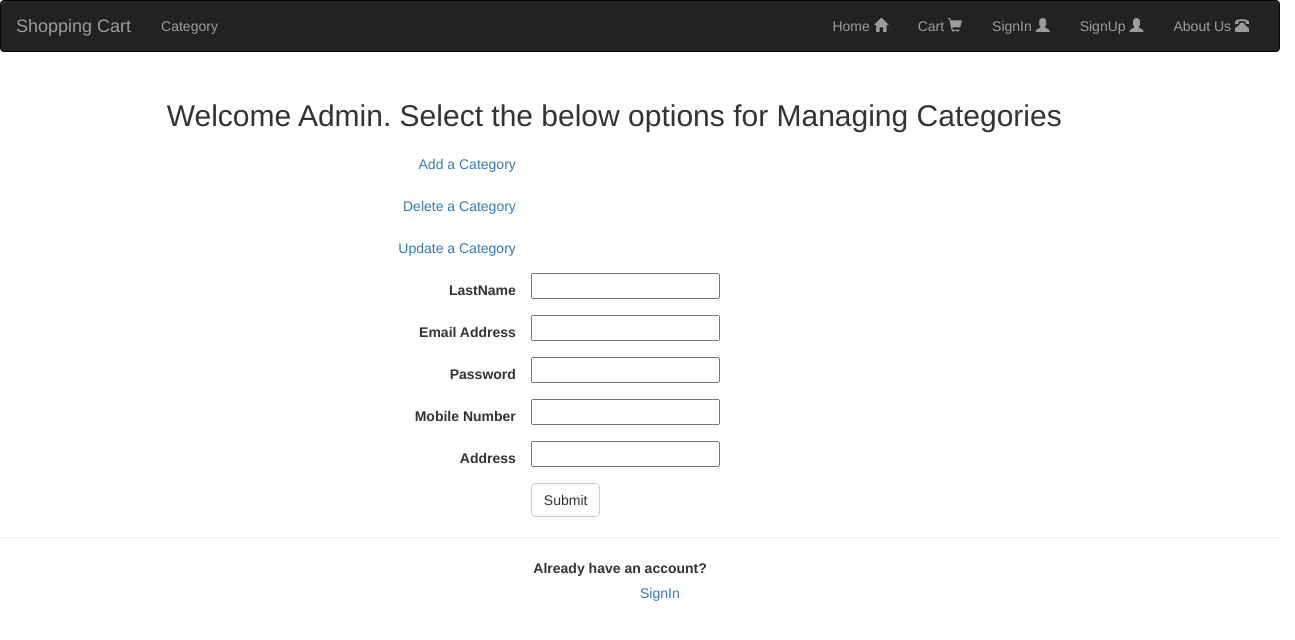
Repository: KaustubhKamat/ShoppingCartProject
Page: http://localhost/NewShoppingCart/WEB-INF/views/Category.jsp
The author's editor kept a copy of each file at every save. The page is drawn from the files as they stood at one save, then again after the next save.
The browser window is 1280 px wide. The page is 1295 px wide, so the pictures cover 1295 px, including what lies to the right of the window. The pictures show the whole page.
Some web libraries are served in a nearby version. The page is served by Tomcat 9. Nobody is signed in. Other server files are loaded and not shown. The template is opened directly, without the code that normally fills it, so the values that code supplies are empty.

Above is the page before, as saved 2017-01-12 06:27:58.

### NewShoppingCart/src/main/webapp/WEB-INF/views/Category.jsp
<%@ page language="java" contentType="text/html; charset=ISO-8859-1"
    pageEncoding="ISO-8859-1"%>
<!DOCTYPE html PUBLIC "-//W3C//DTD HTML 4.01 Transitional//EN" "http://www.w3.org/TR/html4/loose.dtd">
<%@ taglib uri="http://java.sun.com/jsp/jstl/core" prefix="c"%>
<%@ taglib uri="http://www.springframework.org/tags" prefix="spring"%>
<%@ taglib uri="http://www.springframework.org/tags/form" prefix="form"%>
<%@ taglib prefix="form" uri="http://www.springframework.org/tags/form"%>
<html>
<head>
<link rel="stylesheet"
	href="https://maxcdn.bootstrapcdn.com/bootstrap/3.3.7/css/bootstrap.min.css">
<script
	src="https://ajax.googleapis.com/ajax/libs/jquery/3.1.1/jquery.min.js"></script>
<script
	src="https://maxcdn.bootstrapcdn.com/bootstrap/3.3.7/js/bootstrap.min.js"></script>
<meta http-equiv="Content-Type" content="text/html; charset=ISO-8859-1">
<title>Insert title here</title>
</head>
<body>
<jsp:include page="NavBar.jsp"></jsp:include>

	<form class="form-horizontal">
		<div class="form-group">
		<h2 class="col-sm-10 control-label">Welcome Admin. Select the below options for Managing Categories</h2>
		</div>
		<div class="form-group">
			<a href="AddaCategory" class="col-sm-5 control-label">Add a Category</a>
			</div>
		<div class="form-group">
			<a href="DeleteaCategory" class="col-sm-5 control-label">Delete a Category</a>
			</div>
		<div class="form-group">
			<a href="UpdateaCategory" class="col-sm-5 control-label">Update a Category</a>
			</div>
		<div class="form-group">
			<label class="col-sm-5 control-label">LastName</label>
			<div class="col-sm-15">
				<input type="text" name="LastName"><br>
			</div>
		</div>
		<div class="form-group">
			<label class="col-sm-5 control-label">Email Address</label>
			<div class="col-sm-15">
				<input type="text" name="EmailId"><br>
			</div>
		</div>
		<div class="form-group">
			<label class="col-sm-5 control-label">Password</label>
			<div class="col-sm-15">
				<input type="password" name="password"><br>
			</div>
		</div>
		<div class="form-group">
			<label class="col-sm-5 control-label">Mobile Number</label>
			<div class="col-sm-15">
				<input type="text" name="MobileNo"><br>
			</div>
		</div>
		<div class="form-group">
			<label class="col-sm-5 control-label">Address</label>
			<div class="col-sm-15">
				<input type="text" name="Address"><br>
			</div>
		</div>
		<div class="form-group">
			<div class="col-sm-offset-5 col-sm-20">
				<button type="submit" class="btn btn-default">Submit</button>
			</div>
		</div>
		<hr>
		<div class="col-sm-offset-5 col-sm-15">
			<label class="col-sm-4control-label">Already have an account?</label>
		</div>
		<div class="col-sm-offset-6 col-sm-15">
			<a href="login">SignIn</a>
		</div>
	</form>
</body>
</html>

### NewShoppingCart/src/main/webapp/WEB-INF/views/NavBar.jsp
<%@ page language="java" contentType="text/html; charset=ISO-8859-1"
	pageEncoding="ISO-8859-1"%>
<%@ taglib uri="http://java.sun.com/jsp/jstl/core" prefix="c"%>
<!DOCTYPE html PUBLIC "-//W3C//DTD HTML 4.01 Transitional//EN" "http://www.w3.org/TR/html4/loose.dtd">
<html>
<head>
<meta http-equiv="Content-Type" content="text/html; charset=ISO-8859-1">
<title>Insert title here</title>
</head>
<style>
.navbar-default {
	background-color: #F75D59;
	font-size: medium;
}

.dropdown-menu>li>a:hover {
	background-color: silver;;
	background-image: none;
}
.LoggedInUser{
color: white;

}
</style>
<body>

	<nav class="navbar navbar-inverse">
	<div class="container-fluid">
		<div class="navbar-header">
			<button type="button" class="navbar-toggle collapsed"
				data-toggle="collapse" data-target="#bs-example-navbar-collapse-1"
				aria-expanded="false">
				<span class="sr-only">Toggle navigation</span> <span
					class="icon-bar"></span> <span class="icon-bar"></span> <span
					class="icon-bar"></span>
			</button>
			<a class="navbar-brand" href="Home">Shopping Cart</a>
			<ul class="nav navbar-nav navbar-right">
				<li><a href="CategoryList">Category</a>
				<%-- <li class="active"><a href=>Link <span class="sr-only">(current)</span></a></li>
				<c:forEach items="${categoryList}" var="category">
				<li class="dropdown"><a href="#" class="dropdown-toggle"
					data-toggle="dropdown" >${category.name} <span
						class="caret"></span></a>
					<ul class="dropdown-menu" role="menu">
					<c:forEach items="${category.products}" var="product">
						<li><a href="/AddProduct/getList?pid=${product.id}">${product.name}</a></li>

						</c:forEach>
					</ul> </li>
					</c:forEach>  --%>
		</li>
		</ul>
		</div>

		<!-- Collect the nav links, forms, and other content for toggling -->
		<div class="collapse navbar-collapse"
			id="bs-example-navbar-collapse-1">
			<ul class="nav navbar-nav">

			</ul>
			<form class="navbar-form navbar-left">


			</form>
			<ul class="nav navbar-nav navbar-right">
				<li><a href="Home">Home <span
						class="glyphicon glyphicon-home"></span></a>
				<li><a href="Cart">Cart <span
						class="glyphicon glyphicon-shopping-cart"></span></a></li>

				<c:if test="${not empty LoggedInUser}">
					<li>Welcome ${LoggedInUser}</li>
				</c:if>
				<c:if test="${empty LoggedInUser}">
					<li><a href="login">SignIn <span
							class="glyphicon glyphicon-user"></span></a></li>
				</c:if>


				<%-- <c:choose>
						<c:when test="${empty LoggedInUser}">
							<li><a href="login">SignIn <span class="glyphicon glyphicon-user"></span></a></li>
						</c:when>
						<c:otherwise>
							<li>${LoggedInUser}</li>
						</c:otherwise>
						</c:choose>  --%>

				<c:if test="${empty LoggedInUser}">
					<li><a href="Register">SignUp <span
							class="glyphicon glyphicon-user"></span></a></li>
				</c:if>
				<c:if test="${not empty LoggedInUser}">
					<li><a href="Logout">Logout</a></li>
				</c:if>

				<%-- <c:choose>
						<c:when test="${empty LoggedInUser} }">
						<li><a href="Register">SignUp </a></li>
						</c:when>
						<c:otherwise>
						<li><a href="Logout">LogOut </a></li>
						</c:otherwise>
						</c:choose>   --%>


				<li><a href="AboutUs">About Us <span
						class="glyphicon glyphicon-phone-alt"></span></a></li>

			</ul>

		</div>
		<!-- /.navbar-collapse -->
	</div>
	<!-- /.container-fluid --> </nav>


</body>
</html>

After the next save:
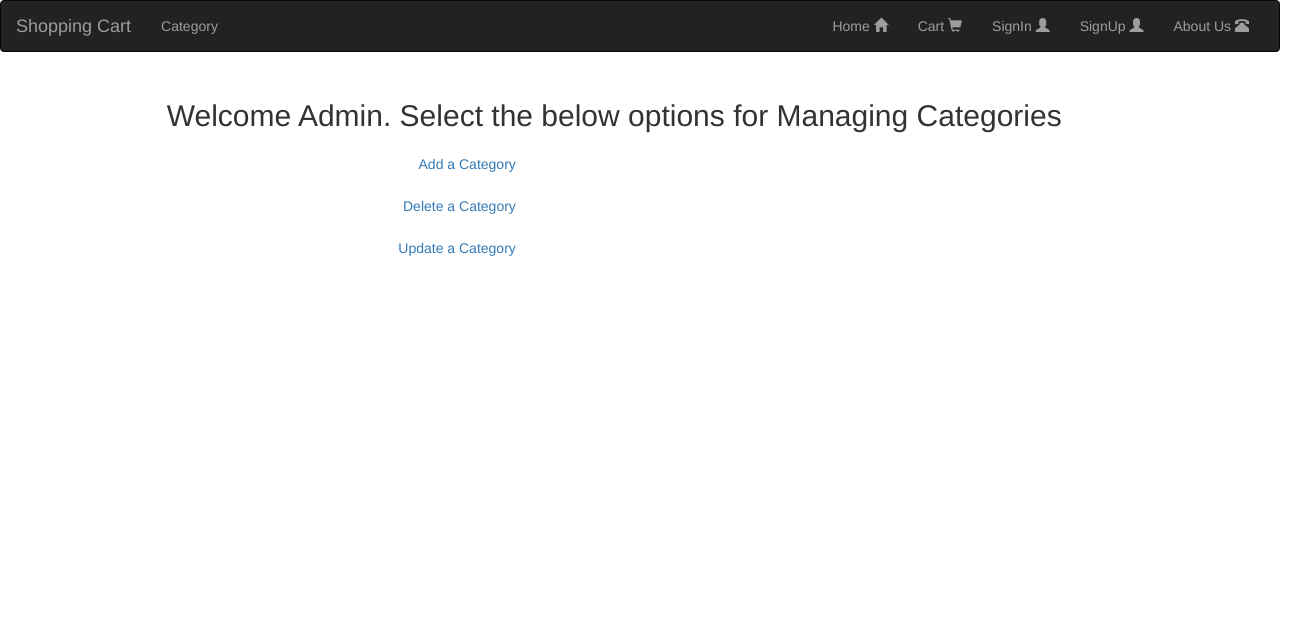
Saved 17 s later.
--- a/NewShoppingCart/src/main/webapp/WEB-INF/views/Category.jsp
+++ b/NewShoppingCart/src/main/webapp/WEB-INF/views/Category.jsp
@@ -32,48 +32,7 @@
 		<div class="form-group">
 			<a href="UpdateaCategory" class="col-sm-5 control-label">Update a Category</a>
 			</div>
-		<div class="form-group">
-			<label class="col-sm-5 control-label">LastName</label>
-			<div class="col-sm-15">
-				<input type="text" name="LastName"><br>
-			</div>
-		</div>
-		<div class="form-group">
-			<label class="col-sm-5 control-label">Email Address</label>
-			<div class="col-sm-15">
-				<input type="text" name="EmailId"><br>
-			</div>
-		</div>
-		<div class="form-group">
-			<label class="col-sm-5 control-label">Password</label>
-			<div class="col-sm-15">
-				<input type="password" name="password"><br>
-			</div>
-		</div>
-		<div class="form-group">
-			<label class="col-sm-5 control-label">Mobile Number</label>
-			<div class="col-sm-15">
-				<input type="text" name="MobileNo"><br>
-			</div>
-		</div>
-		<div class="form-group">
-			<label class="col-sm-5 control-label">Address</label>
-			<div class="col-sm-15">
-				<input type="text" name="Address"><br>
-			</div>
-		</div>
-		<div class="form-group">
-			<div class="col-sm-offset-5 col-sm-20">
-				<button type="submit" class="btn btn-default">Submit</button>
-			</div>
-		</div>
-		<hr>
-		<div class="col-sm-offset-5 col-sm-15">
-			<label class="col-sm-4control-label">Already have an account?</label>
-		</div>
-		<div class="col-sm-offset-6 col-sm-15">
-			<a href="login">SignIn</a>
-		</div>
+
 	</form>
 </body>
 </html>
